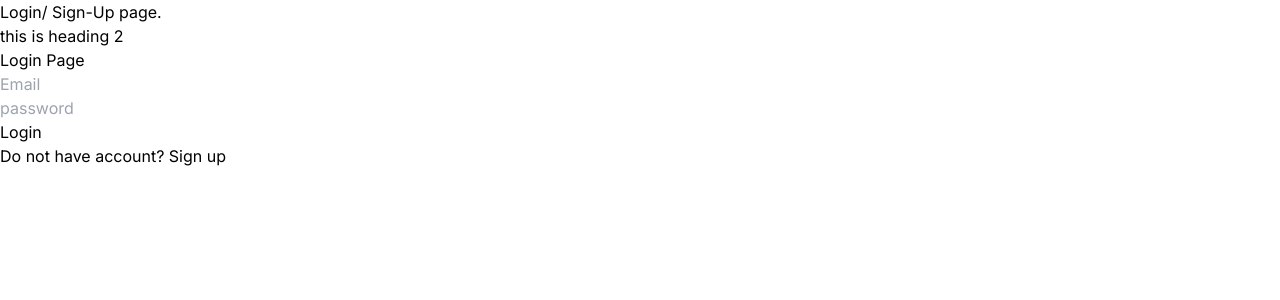
Repository: its-kundan/food-on-time
Page: /restaurant
The author's editor kept a copy of each file at every save. The page is drawn from the files as they stood at one save, then again after the next save.
The browser window is 1280 px wide. The pictures show the whole page.
The project was rebuilt for these pictures with package versions that can differ from the ones it lists, and the page was loaded fresh each time. The framework's server and built-in components were replaced by stand-ins that run in the browser. Also part of the build but not shown: next.config.mjs, src/app/_components/SignUp.jsx.

Above is the page before, as saved 2024-07-24 19:42:47.

### src/app/restaurant/page.js
/* disable eslint */
"use client"
import React from 'react'
import { useState } from 'react';

import Login from '@/app/_components/Login'
import Signup from '@/app/_components/Signup'

function Restaurant() {
    const [login,setLogin] = useState(true);
  return (
    <>
    <h1> Login/ Sign-Up page.</h1>
    <h2> this is heading 2</h2>
    {
        login?<Login/>:<Signup/>
    }


    <div>

    <button className="border-0 " onClick={()=>{setLogin(!login)}}>
      {login?"Do not have account? Sign up":"Already have an account? Login"}

    </button>
    </div>
    </>
  )
}

export default Restaurant

### src/app/_components/Login.jsx
import React from 'react'

function Login() {
  return (
    <>
        <h3> Login  Page</h3>
        <input className='' type="email" placeholder="Email" />
        <br />
        <input type="password" placeholder="password" />
        <br />
        <button>Login</button>
    </>
  )
}

export default Login

Loaded but not shown: src/app/layout.js (common file); src/app/globals.css (common file); tailwind.config.js (common file)

After the next save:
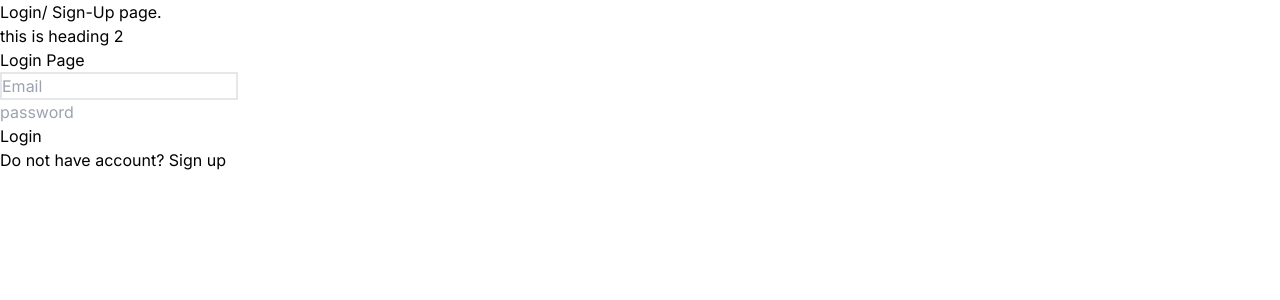
Saved 5 s later.
--- a/src/app/_components/Login.jsx
+++ b/src/app/_components/Login.jsx
@@ -4,7 +4,7 @@ function Login() {
   return (
     <>
         <h3> Login  Page</h3>
-        <input className='' type="email" placeholder="Email" />
+        <input className='border-2 ' type="email" placeholder="Email" />
         <br />
         <input type="password" placeholder="password" />
         <br />
